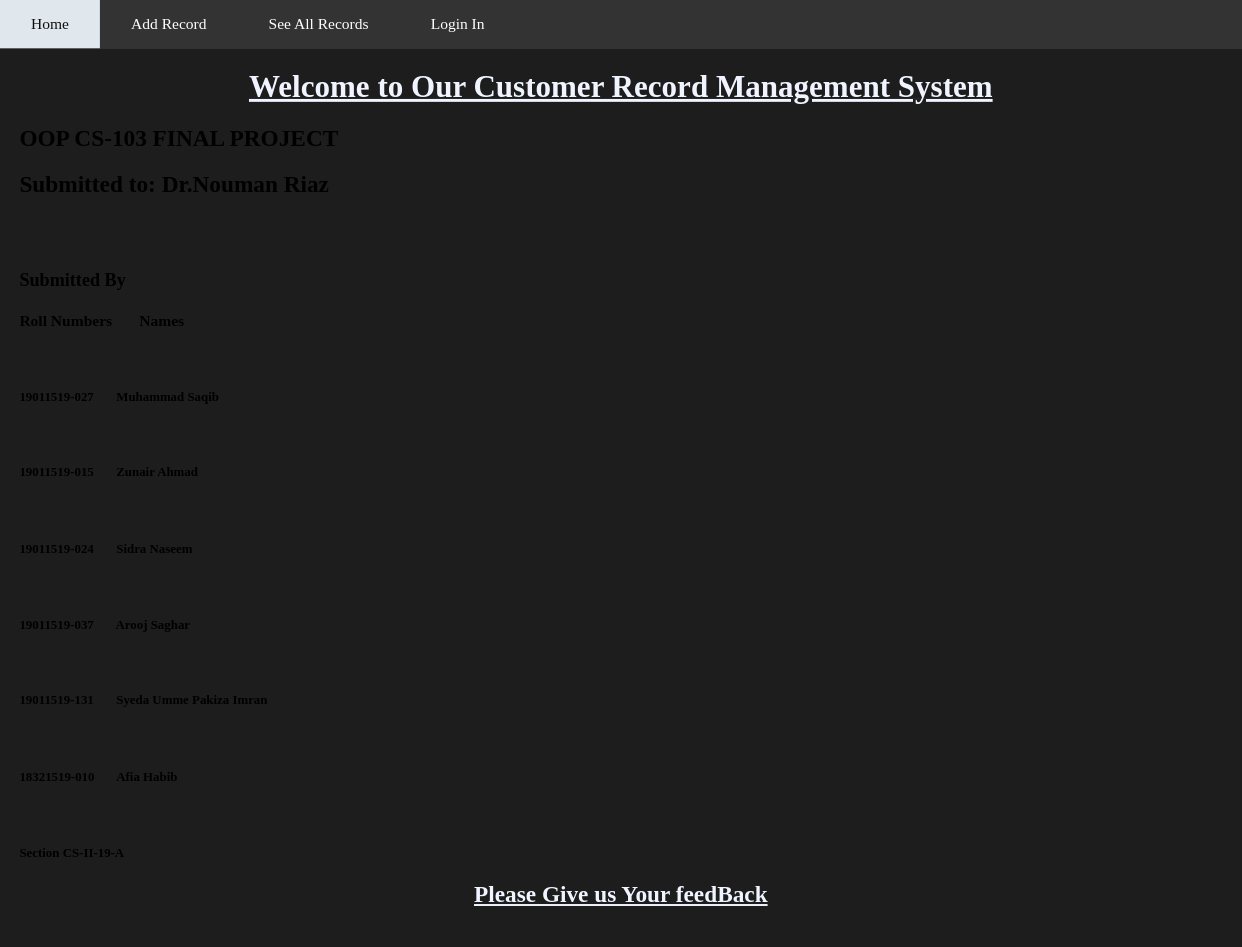
Repository: MUHAMMAD-SAQIB-2000/SpringBoot
Page: http://localhost/WebServiceRecordManagementSystem/home.jsp
These files come from the project's save history. The page is drawn as it stood at one moment and after the next save; the edit follows.
The browser window is 1280 px wide. The pictures show the whole page, at 97% of full size.
The page is served by Tomcat 9. Other server files are loaded and not shown.

Above is the page before, as saved 2020-08-12 16:38:01.

### WebServiceRecordManagementSystem/src/main/webapp/home.jsp
<%@ page language="java" contentType="text/html; charset=ISO-8859-1"
	pageEncoding="ISO-8859-1"%>
<!DOCTYPE html>
<html>
<head>
<meta charset="ISO-8859-1">
<title>Record Management System</title>
<link rel="stylesheet" href="style.css">
</head>
<body>
	<div>
		<ul>
			<li><a class="active" onclick="window.location.href = '${pageContext.request.contextPath}/home'">Home</a></li>
			<li><a onclick="window.location.href = '${pageContext.request.contextPath}/addCustomerForm'">Add Record</a></li>
			<li><a onclick="window.location.href = '${pageContext.request.contextPath}/displayAllCustomers'">See All Records</a></li>
			<li><a href="#about">Login In</a></li>
		</ul>
	</div>

	<div class="mainBody">
		<h1 class="h">Welcome to Our Customer Record Management System</h1>
		<h2>OOP CS-103 FINAL PROJECT</h2>
		<h2><bold>Submitted to:</bold> Dr.Nouman Riaz </h2>
		<br><br>
		<h3>Submitted By </h3>
		<h4>Roll Numbers &nbsp;&nbsp;&nbsp;&nbsp;&nbsp; Names</h4>
		<br>
		<h5>19011519-027 &nbsp;&nbsp;&nbsp;&nbsp;&nbsp; Muhammad Saqib</h5>
		<br>
		<h5>19011519-015 &nbsp;&nbsp;&nbsp;&nbsp;&nbsp; Zunair Ahmad</h5>
		<br>
		<h5>19011519-024 &nbsp;&nbsp;&nbsp;&nbsp;&nbsp; Sidra Naseem</h5>
		<br>
		<h5>19011519-037 &nbsp;&nbsp;&nbsp;&nbsp;&nbsp; Arooj Saghar</h5>
		<br>
		<h5>19011519-131 &nbsp;&nbsp;&nbsp;&nbsp;&nbsp; Syeda Umme Pakiza Imran</h5>
		<br>
		<h5>18321519-010 &nbsp;&nbsp;&nbsp;&nbsp;&nbsp; Afia Habib</h5>
		<br>
		<h5><bold> Section</bold> CS-II-19-A</h5>

		<h2 class="h">Please Give us Your feedBack</h2>
	</div>

</body>
</html>

### WebServiceRecordManagementSystem/src/main/webapp/style.css
@charset "ISO-8859-1";

body {
	margin: 0px;
	padding: 0px;
	background-color:#1d1d1d;
}

ul {
	list-style-type: none;
	margin: 0;
	padding: 0;
	overflow: hidden;
	background-color: #333;
	position: fixed;
	top: 0;
	width: 100%;
}

li {
	float: left;
}

li a {
	display: block;
	color: white;
	text-align: center;
	padding: 16px 32px;
	text-decoration: none;
	font-size:16px;
}

li a:hover {
	background-color: #E1E8ED;
	color:#111;
}

.active {
	background-color:#008CBA;
	color:#fff;
	transition-duration: 0.4s;
	cursor: pointer;
}
.mainBody{
	padding: 20px 20px;
	margin-top:30px;
}

.h {
	color: #eff4ff;
	text-align: center;
	text-decoration: underline;
}
h2,h3,h4,h5,{
	color: #E1E8ED;
}
table, th, td {
	background-color: #E1E8ED;
	color: #111;
	text-align: center;
	border: 2px solid #008CBA;
	margin: 10px;
	padding: 5px;
}

th:hover, td:hover {
	border: 2px solid #111;
	background-color: #008CBA;
	color: white;
	transition-duration: 0.4s;
	cursor: pointer;
}

.tableCSS {
	background-color: #E1E8ED;
	color: #111;
	margin-top:5%;
	margin-left:20%;
}

.button {
	border: none;
	color: white;
	padding: 8px 24px;
	text-align: center;
	text-decoration: none;
	display: inline-block;
	font-size: 12px;
	margin: 4px 2px;
	transition-duration: 0.4s;
	cursor: pointer;
}

.button2 {
	background-color: #E1E8ED;
	color: black;
	border: 2px solid #008CBA;
}

.button2:hover {
	background-color: #008CBA;
	color: white;
}

.form {
	text-align: left;
	margin-left: 50px;
}

form {
	width: 100%;
	padding: 12px 20px;
	margin: 8px 0;
	box-sizing: border-box;
}

.title {
	font-size: 25px;
	color: #eff4ff;
}
.para{
	font-size: 14px;
	color: #eff4ff;
}
select {
  width: 20%;
  padding: 12px 16px;
  border: none;
  border-radius: 4px;
  background-color: #f1f1f1;
}
.inputForm {
	width: 30%;
	padding: 10px 18px;
	margin: 6px 0;
	box-sizing: border-box;
	background-color: #F7F7F7;
	color: #111;
	border: 2px solid #00aba9;
  	border-radius: 4px;
}
.inputForm:focus {
  border: 3px solid #555;
}
radiobutton {
	size: 10px;
}

option:hover {
	background-color: #008CBA;
	color: white;
}

a {
	text-decoration: none;
	color: #111;
}

a:hover {
	color: #fff;
	font-size: 16px;
}
.foter{
	background-color: #111;
	color:#fff;
	font-size:20px;
}

After the next save:
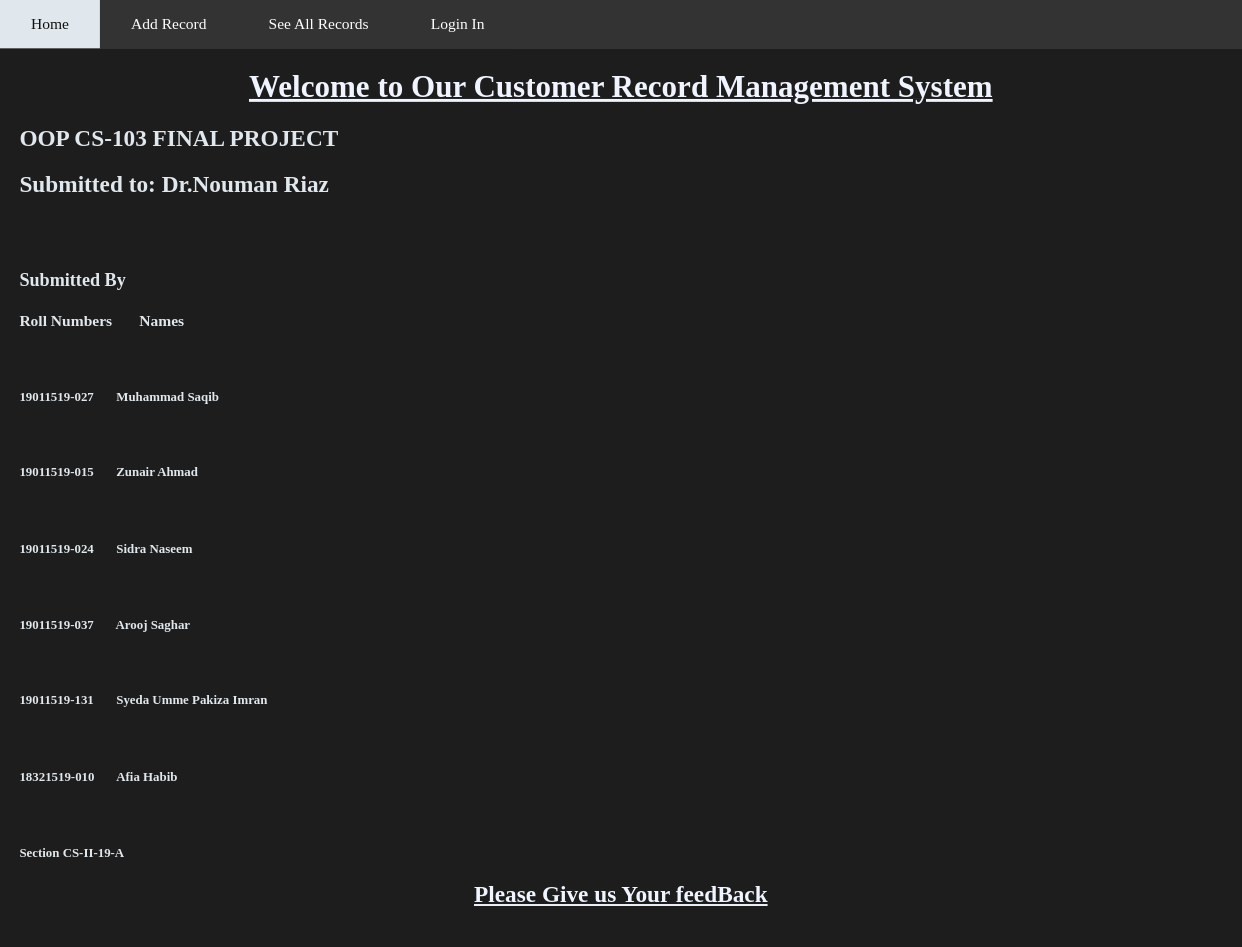
Saved 15 s later.
--- a/WebServiceRecordManagementSystem/src/main/webapp/style.css
+++ b/WebServiceRecordManagementSystem/src/main/webapp/style.css
@@ -51,7 +51,7 @@ li a:hover {
 	text-align: center;
 	text-decoration: underline;
 }
-h2,h3,h4,h5,{
+h2,h3,h4,h5{
 	color: #E1E8ED;
 }
 table, th, td {
